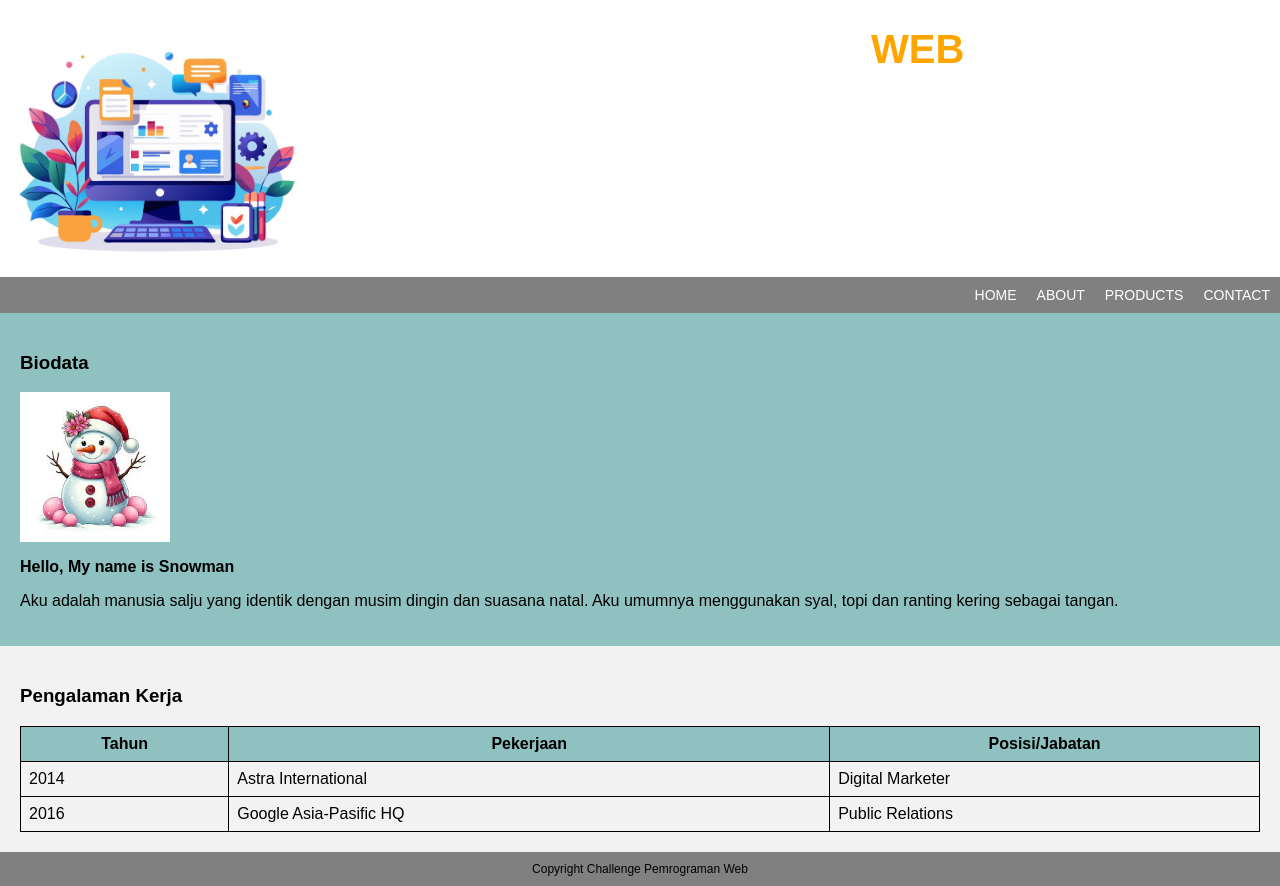
Repository: razitazhr/Pertemuan-6_24.116194
Page: Pertemuan 5/Challenge 5.html
An editor plug-in stored every save of this project. The page is shown before and after the next save, followed by the edit.
The browser window is 1280 px wide. The pictures show the whole page.

Above is the page before, as saved 2026-05-03 22:11:45.

### Pertemuan 5/Challenge 5.html
<!DOCTYPE html>
<html lang="en">
<head>
    <meta charset="UTF-8">
    <meta name="viewport" content="width=device-width, initial-scale=1.0">
    <title>Challenge 5_24.11.6194</title>
    <link rel="stylesheet" href="style.css">
</head>
<body>
    <div class="header">
        <div class="header">
            <h1><span>WEB</span> DEVELOPMENT</h1>
        </div>
    </div>
    <div class="navbar">
        <a href="#">HOME</a>
        <a href="#">ABOUT</a>
        <a href="#">PRODUCTS</a>
        <a href="#">CONTACT</a>
    </div>
    <div class="container">
        <div class="biodata">
            <h3>Biodata</h3>
            <img src="snowman.jpg" alt="">
            <p><b>Hello, My name is Snowman</b></p>
            <p>Aku adalah manusia salju yang identik dengan musim dingin dan suasana natal. Aku umumnya menggunakan syal, topi dan ranting kering sebagai tangan.</p>
        </div>
    </div>
    <div class="pengalaman">
        <h3>Pengalaman Kerja</h3>
        <table>
            <tr>
                <th>Tahun</th>
                <th>Pekerjaan</th>
                <th>Posisi/Jabatan</th>
            </tr>
            <tr>
                <td>2014</td>
                <td>Astra International</td>
                <td>Digital Marketer</td>
            </tr>
            <tr>
                <td>2016</td>
                <td>Google Asia-Pasific HQ</td>
                <td>Public Relations</td>
            </tr>
        </table>
    </div>
    <div class="footer">
        Copyright Challenge Pemrograman Web
    </div>
</body>
</html>

### Pertemuan 5/Style.CSS
body {
    margin: 0;
    font-family: Arial;
}
.header {
    background-image: url('banner.jpg');
    background-size: contain;
    background-position: left;
    background-repeat: no-repeat;
    height: 250px;
    position: relative;
}
.overlay {
    background: rgba(0, 0, 0, 0, 3);
    height: 100%;
    display: flex;
    align-items: flex-start;
    justify-content: flex-end;
    padding: 20px;
}
.header h1 {
    color: white;
    font-size: 40px;
    text-align: right;
}
.header span {
    color: orange;
}
.navbar {
    display: flex;
    justify-content: flex-end;
    background: gray;
    padding: 10px;
}
.navbar a {
    color: white;
    text-decoration: none;
    margin-left: 20px;
    font-size: 14px;
}
.container {
    display: flex;
    min-height: 300px;
}
.biodata {
    flex: 1;
    background: #8fc1c1;
    padding: 20px;
}
.biodata img {
    width: 150px;
    display: block;
    margin-bottom: 10px;
}
.pengalaman {
    flex: 2;
    background: #f2f2f2;
    padding: 20px;
}
table {
    width: 100%;
    border-collapse: collapse;
}
th {
    background: #8fc1c1;
}
table, th, td {
    border: 1px solid black;
    padding: 8px;
}
.footer {
    background: gray;
    text-align: center;
    padding: 10px;
    font-size: 12px;
}

After the next save:
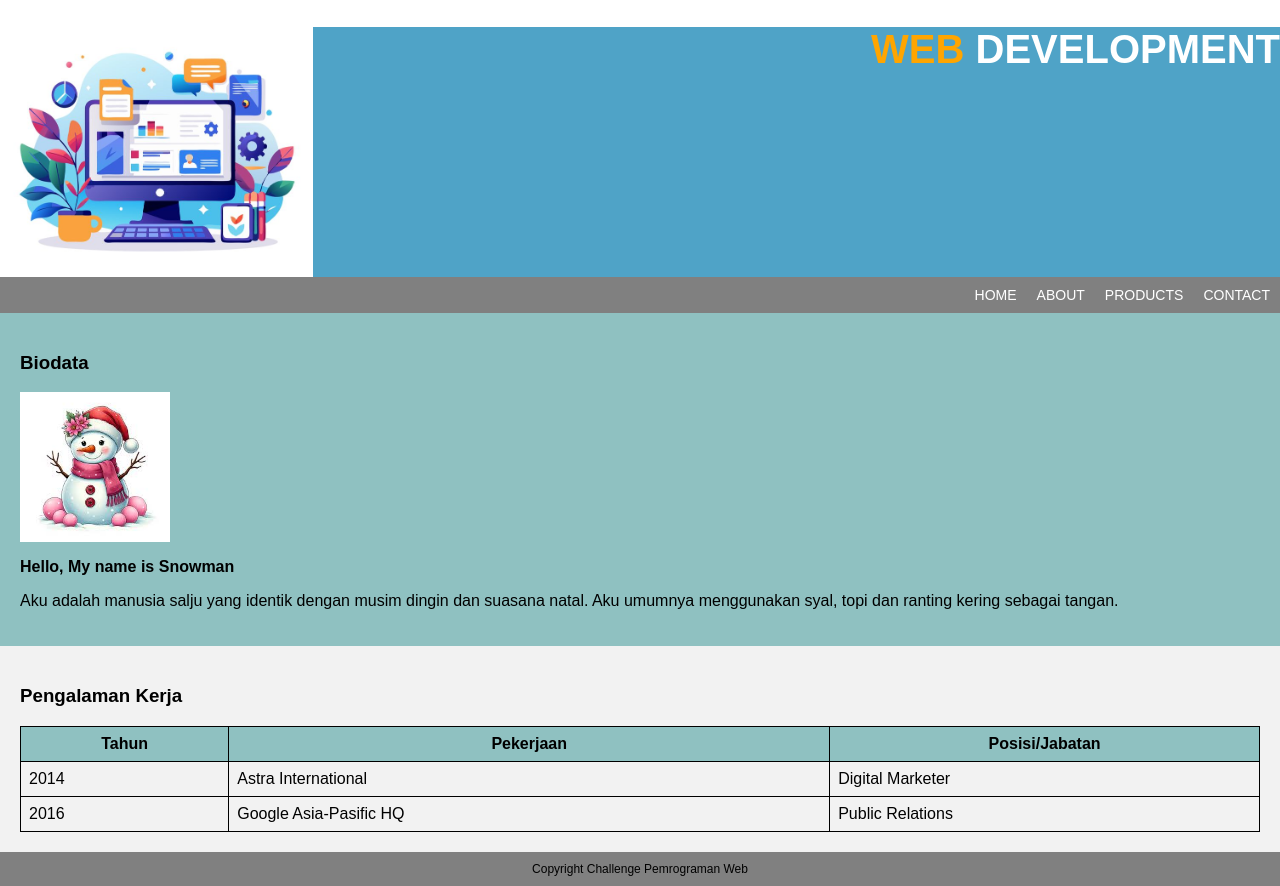
Saved 2 min 30 s later.
--- a/Pertemuan 5/Style.CSS
+++ b/Pertemuan 5/Style.CSS
@@ -7,6 +7,7 @@ body {
     background-size: contain;
     background-position: left;
     background-repeat: no-repeat;
+    background-color: #4fa3c7;
     height: 250px;
     position: relative;
 }
